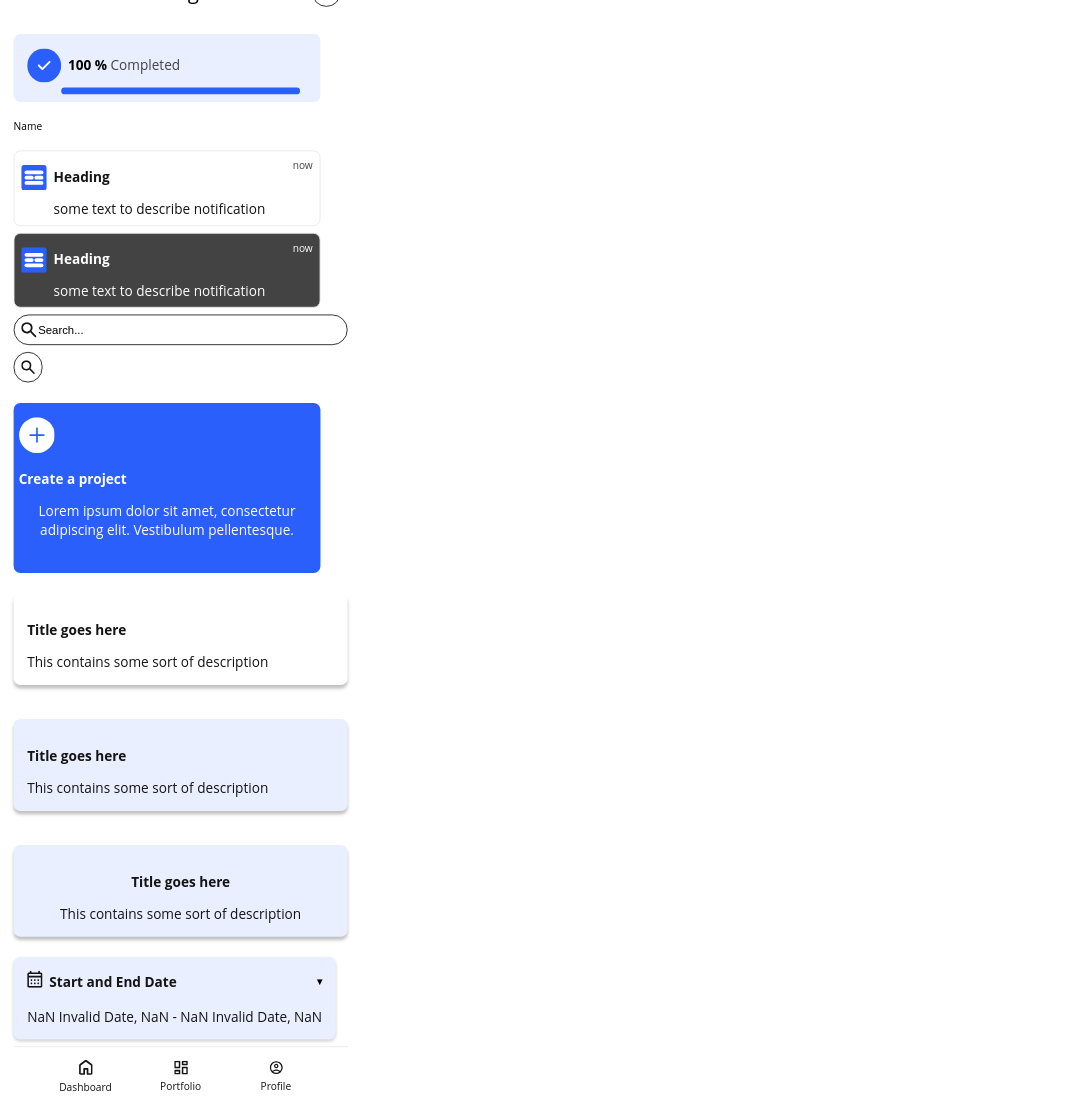
Repository: brunaguarizo/mosaic_app
Page: /
An editor plug-in stored every save of this project. The page is shown before and after a run of saves, followed by the edit.
The browser window is 1280 px wide. The pictures show the whole page, at 85% of full size.
The project was rebuilt for these pictures with package versions that can differ from the ones it lists, and the page was loaded fresh each time. The framework's server and built-in components were replaced by stand-ins that run in the browser. Also part of the build but not shown: next.config.mjs, app/_ui/Button/Button.js, app/_ui/Tag/Tag.js, app/_ui/Project_card/Project_card.js, app/_ui/Date_PopUp/Date_PopUp.module.css, app/_ui/Date_PopUp/Date_PopUp.js.

Above is the page before, as saved 2025-04-18 20:33:30.

After the next 2 saves:
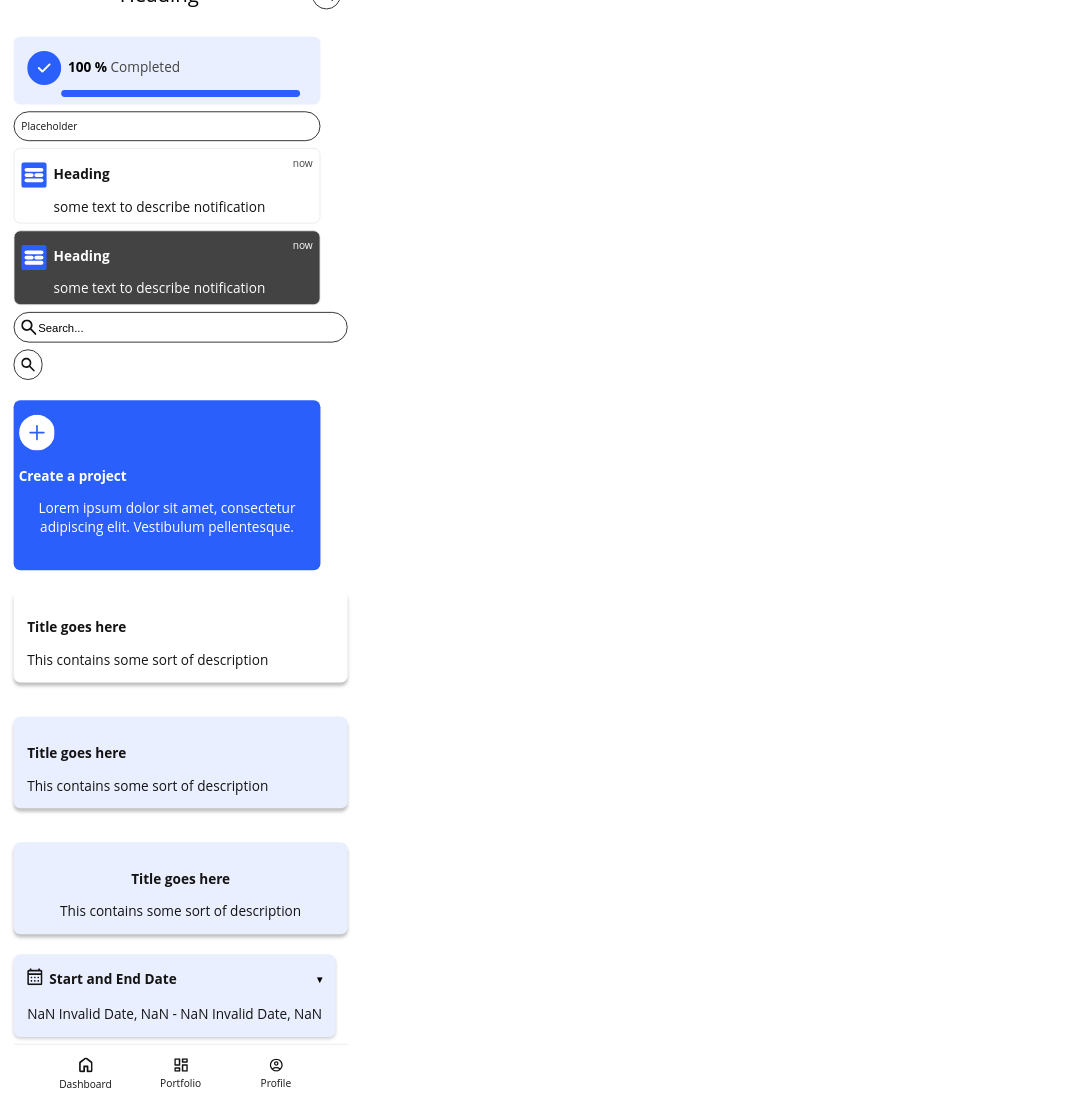
The 2 saves are shown as one change because 1 did not build or start.
The last was saved 39 s later.
--- a/app/_ui/Input_Box/Input_Box.js
+++ b/app/_ui/Input_Box/Input_Box.js
@@ -8,11 +8,11 @@ function SingleInput({ inputName, placeholder, type }) {
 
     return (
         <div className={styles.primary}>
-            <div>
+            <div className={InputHeaderClasses}>
                 <p className={styles.input_name}>{inputName}</p>
             </div>
             <input
-                className={InputHeaderClasses}
+                className={styles.input_box}
                 type='text'
                 defaultValue={placeholder}
             />
